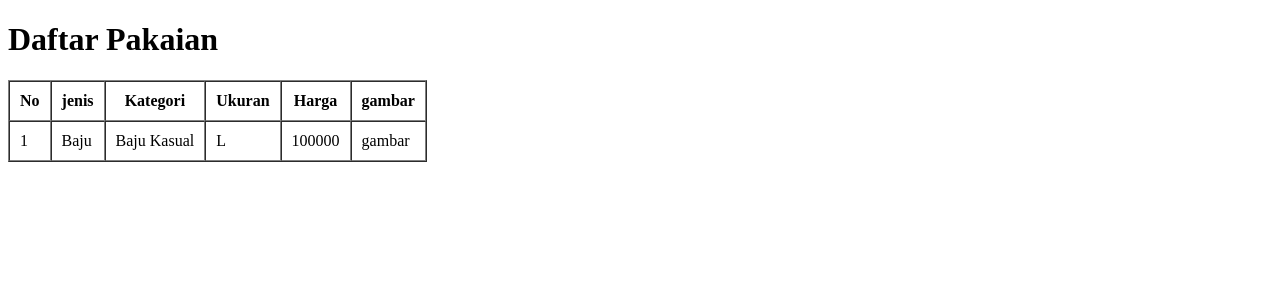
Repository: NovianRI/NovianRI.github.io
Page: http://localhost/
The author's editor kept a copy of each file at every save. The page is drawn from the files as they stood at one save, then again after the next save.
The browser window is 1280 px wide. The pictures show the whole page.
The page is run by PHP 8.4 with error messages shown; the project is at /var/www/html/.

Above is the page before, as saved 2024-01-15 23:18:44.

After the next save:
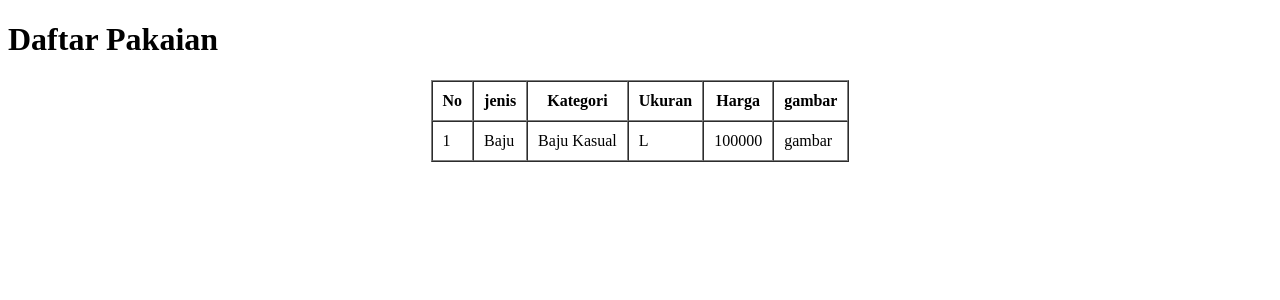
Saved 19 s later.
--- a/index.php
+++ b/index.php
@@ -9,7 +9,7 @@
 
     <h1>Daftar Pakaian</h1>
 
-    <table border="1" cellpadding="10" cellspacing="0" text="align-center">
+    <table border="1" cellpadding="10" cellspacing="0" align="center">
         <tr>
             <th>No</th>
             <th>jenis</th>

After the save that followed:
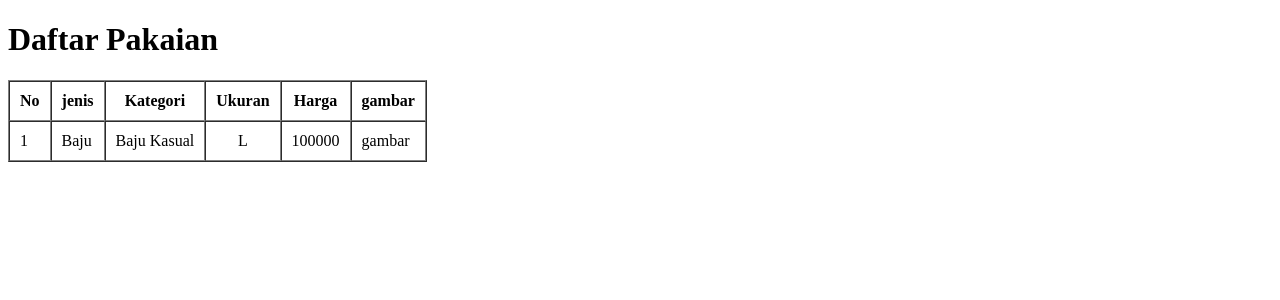
Saved 23 s later.
--- a/index.php
+++ b/index.php
@@ -9,7 +9,7 @@
 
     <h1>Daftar Pakaian</h1>
 
-    <table border="1" cellpadding="10" cellspacing="0" align="center">
+    <table border="1" cellpadding="10" cellspacing="0">
         <tr>
             <th>No</th>
             <th>jenis</th>
@@ -21,7 +21,7 @@
             <td>1</td>
             <td>Baju</td>
             <td>Baju Kasual</td>
-            <td>L</td>
+            <td  align="center">L</td>
             <td>100000</td>
             <td>gambar</td>
     </table>
